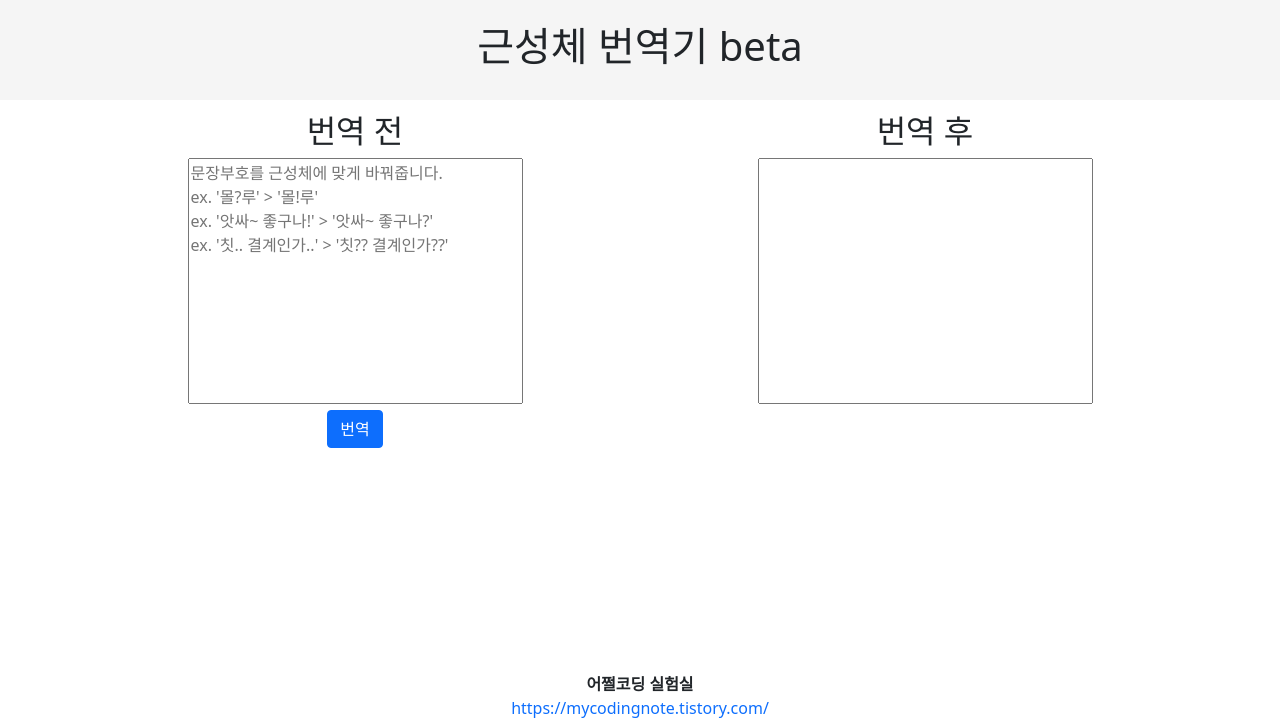
Repository: mickey530/jsp_practice
Page: http://localhost/JSPBasic/sungmo_send.jsp
These files come from the project's save history. The page is drawn as it stood at one moment and after the next save; the edit follows.
The browser window is 1280 px wide. The pictures show the whole page.
The page is served by Tomcat 9.

Above is the page before, as saved 2022-02-05 17:38:31.

After the next save:
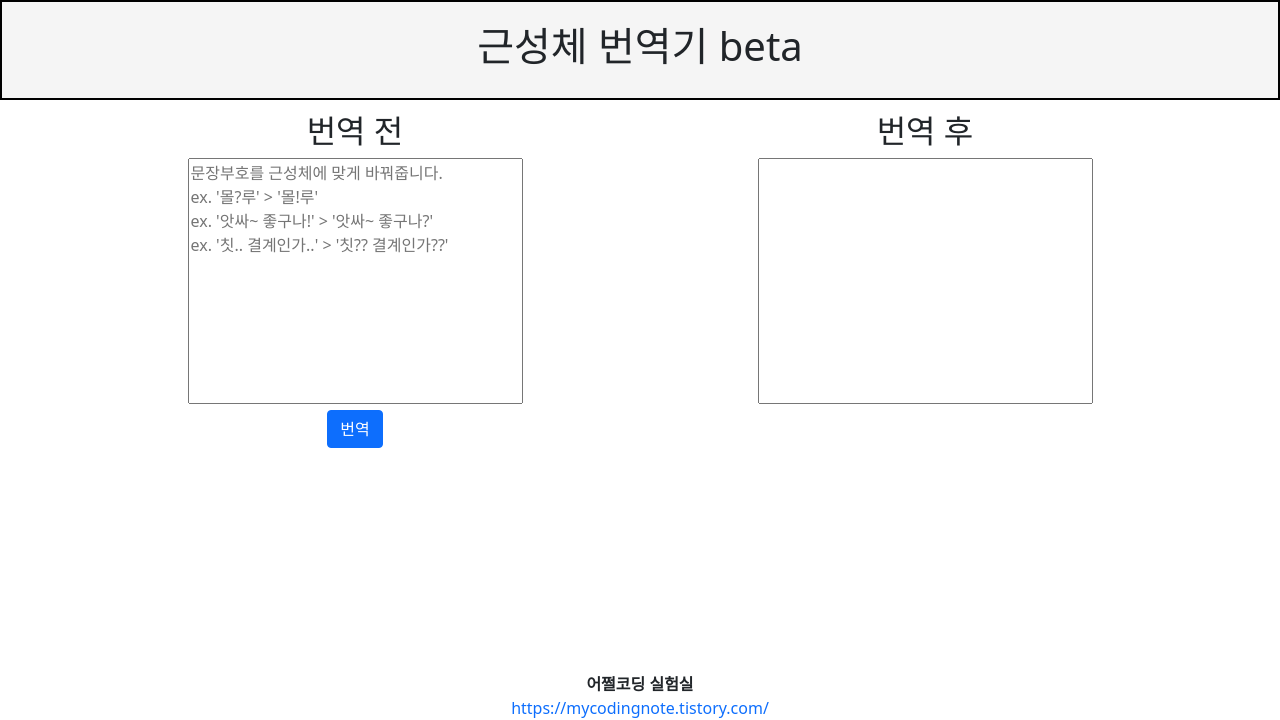
Saved 43 s later.
--- a/JSPBasic/src/main/webapp/sungmo_send.jsp
+++ b/JSPBasic/src/main/webapp/sungmo_send.jsp
@@ -9,7 +9,7 @@
 <!-- 부트스트랩 링크 -->
 <link href="https://cdn.jsdelivr.net/npm/bootstrap@5.1.3/dist/css/bootstrap.min.css" rel="stylesheet" integrity="sha384-1BmE4kWBq78iYhFldvKuhfTAU6auU8tT94WrHftjDbrCEXSU1oBoqyl2QvZ6jIW3" crossorigin="anonymous">
 <style>
-	header {margin:0px; padding:20px; position:sticky; top:0px; background-color:whitesmoke; border:solid 2px whitesmoke;}
+	header {margin:0px; padding:20px; position:sticky; top:0px; background-color:whitesmoke; border:solid 2px black;}
 	h1, h2 {text-align:center;}
 	.col {padding:12px;}
 	textarea {resize:none;}

After the save that followed:
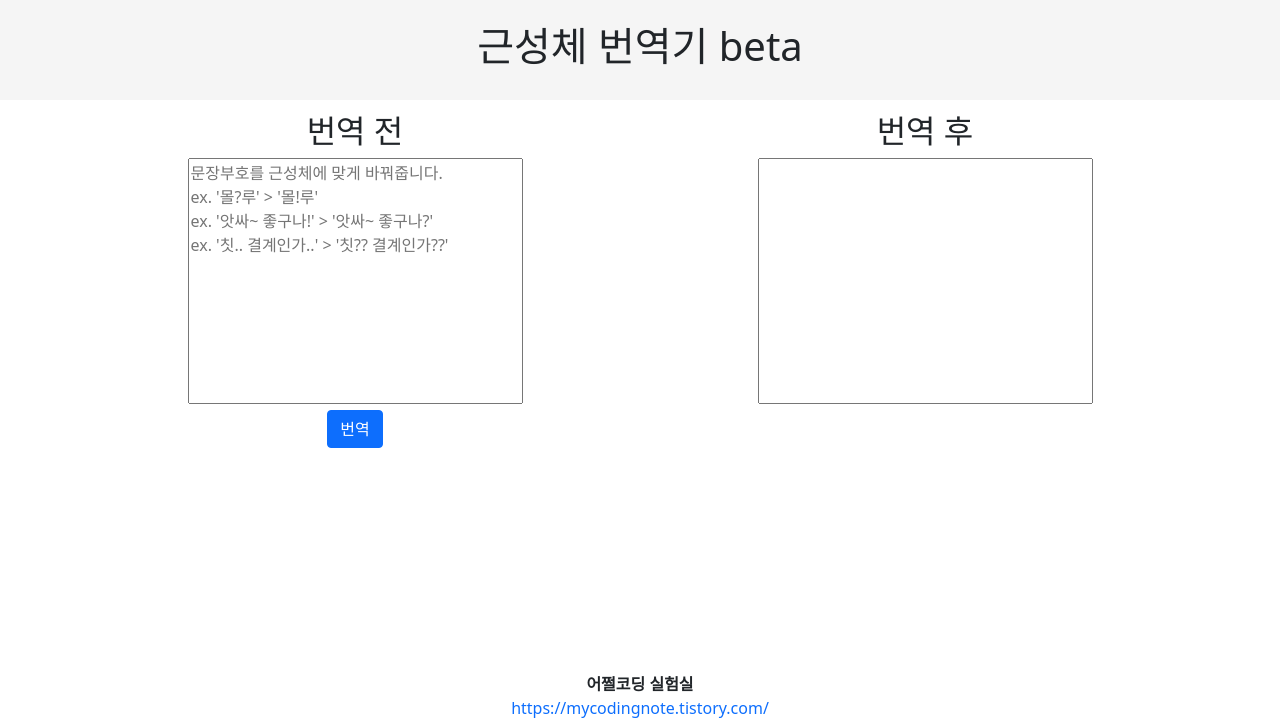
Saved 21 s later.
--- a/JSPBasic/src/main/webapp/sungmo_send.jsp
+++ b/JSPBasic/src/main/webapp/sungmo_send.jsp
@@ -9,7 +9,7 @@
 <!-- 부트스트랩 링크 -->
 <link href="https://cdn.jsdelivr.net/npm/bootstrap@5.1.3/dist/css/bootstrap.min.css" rel="stylesheet" integrity="sha384-1BmE4kWBq78iYhFldvKuhfTAU6auU8tT94WrHftjDbrCEXSU1oBoqyl2QvZ6jIW3" crossorigin="anonymous">
 <style>
-	header {margin:0px; padding:20px; position:sticky; top:0px; background-color:whitesmoke; border:solid 2px black;}
+	header {margin:0px; padding:20px; position:sticky; top:0px; background-color:whitesmoke; border:solid 2px whitesmoke;}
 	h1, h2 {text-align:center;}
 	.col {padding:12px;}
 	textarea {resize:none;}
